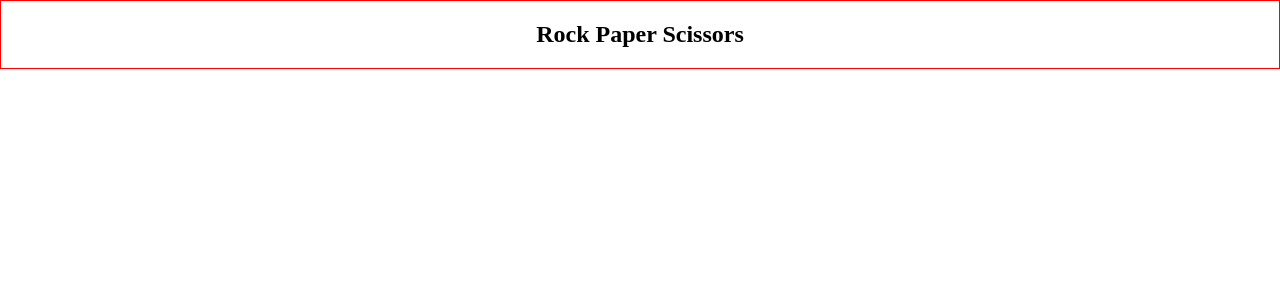
Repository: Aaryan-Poria/Rock-Paper-Scissors
Page: index.html
These files come from the project's save history. The page is drawn as it stood at one moment and after the next save; the edit follows.
The browser window is 1280 px wide. The pictures show the whole page.

Above is the page before, as saved 2023-08-20 16:02:42.

### index.html
<!DOCTYPE html>
<html lang="en">
  <head>
    <meta charset="UTF-8" />
    <meta name="viewport" content="width=device-width, initial-scale=1.0" />
    <title>Rock Paper Scissors</title>
    <link rel="stylesheet" href="style.css" />
  </head>

  <body>
    <section class="head">
      <h2>Rock Paper Scissors</h2>
    </section>
    <!-- <section class="main">
      <div class="main-text">
        <h3>Choose your weapon</h3>
        <p>First to 5 points wins the game</p>
      </div>
      <div class="player-text">
        <p class="qmark 1">?</p>
        <p class="score 1">Player: 0</p>
      </div>
      <div class="comp-text">
        <p class="qmark 2">?</p>
        <p class="score 2">Computer: 0</p>
      </div>
    </section> -->
  </body>
</html>

### style.css
body {
  margin: 0;
  padding: 0;
  display: flex;
  flex-direction: column;
}
.head {
  display: flex;
  justify-content: center;
  align-items: center;
  border: 1px solid red;
}

After the next save:
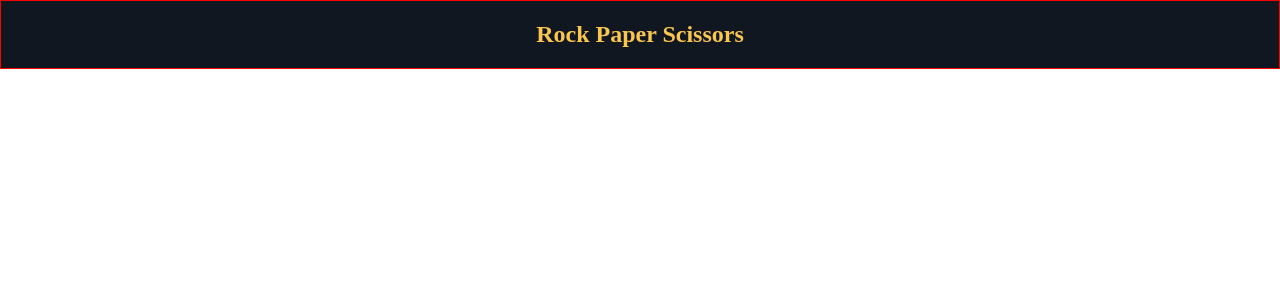
Saved 6 min 15 s later.
--- a/style.css
+++ b/style.css
@@ -9,4 +9,6 @@ body {
   justify-content: center;
   align-items: center;
   border: 1px solid red;
+  color: #fac650;
+  background-color: #111720;
 }
